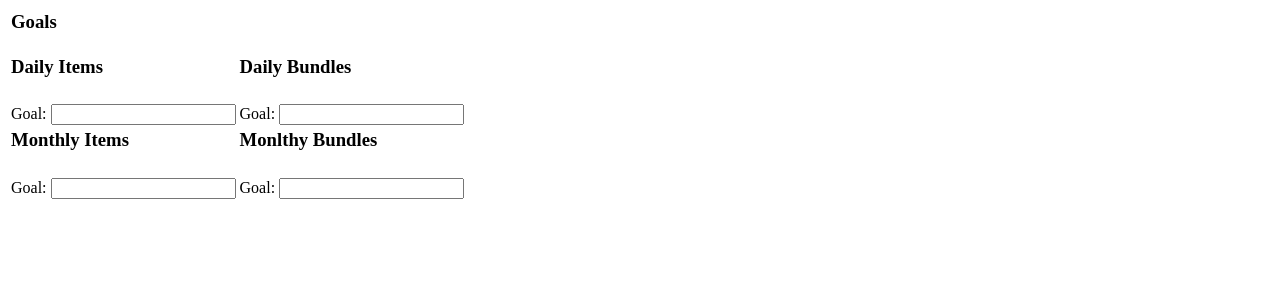
Repository: arjay07/AlineNotebook
Page: app/views/goalstable.html
The author's editor kept a record of every edit. The page is drawn from the files as they stood at one moment, then again after the next edit.
The browser window is 1280 px wide. The pictures show the whole page.

Above is the page before.

### app/views/goalstable.html
<table id="goalstable">
    <tr><td colspan="2"><h3>Goals</h3></h3></td></td></tr>
    <tr>
        <td><h3>Daily Items</h3></td>
        <td><h3>Daily Bundles</h3></td>
    </tr>
    <tr>
        <td><div id="digcirc"></div></td>
        <td><div id="dbgcirc"></div></td>
    </tr>
    <tr>
        <td>Goal: <input id="dig" type="number"/></td>
        <td>Goal: <input id="dbg" type="number"/></td>
    </tr>
    <tr>
        <td><h3>Monthly Items</h3></td>
        <td><h3>Monlthy Bundles</h3></td>
    </tr>
    <tr>
        <td><div id="migcirc"></div></td>
        <td><div id="mbgcirc"></div></td>
    </tr>
    <tr>
        <td>Goal: <input id="mig" type="number"/></td>
        <td>Goal: <input id="mbg" type="number"/></td>
    </tr>
</table>

After the next edit:
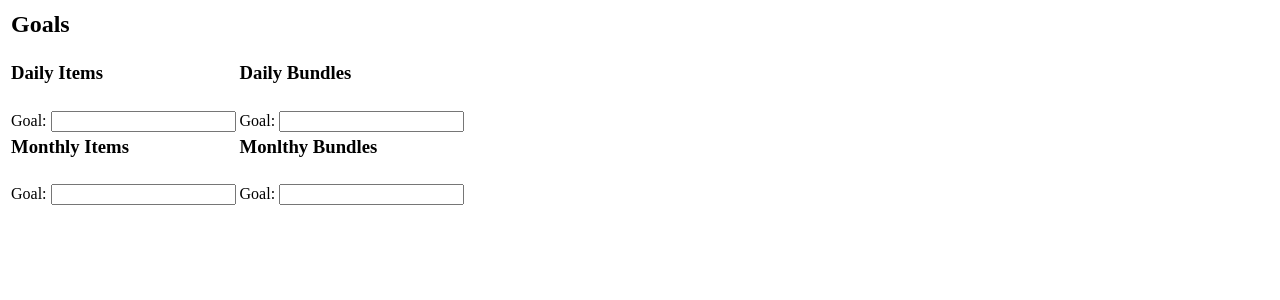
The edit:
--- a/app/views/goalstable.html
+++ b/app/views/goalstable.html
@@ -1,5 +1,5 @@
 <table id="goalstable">
-    <tr><td colspan="2"><h3>Goals</h3></h3></td></td></tr>
+    <tr><td colspan="2"><h2>Goals</h2></h3></td></td></tr>
     <tr>
         <td><h3>Daily Items</h3></td>
         <td><h3>Daily Bundles</h3></td>
